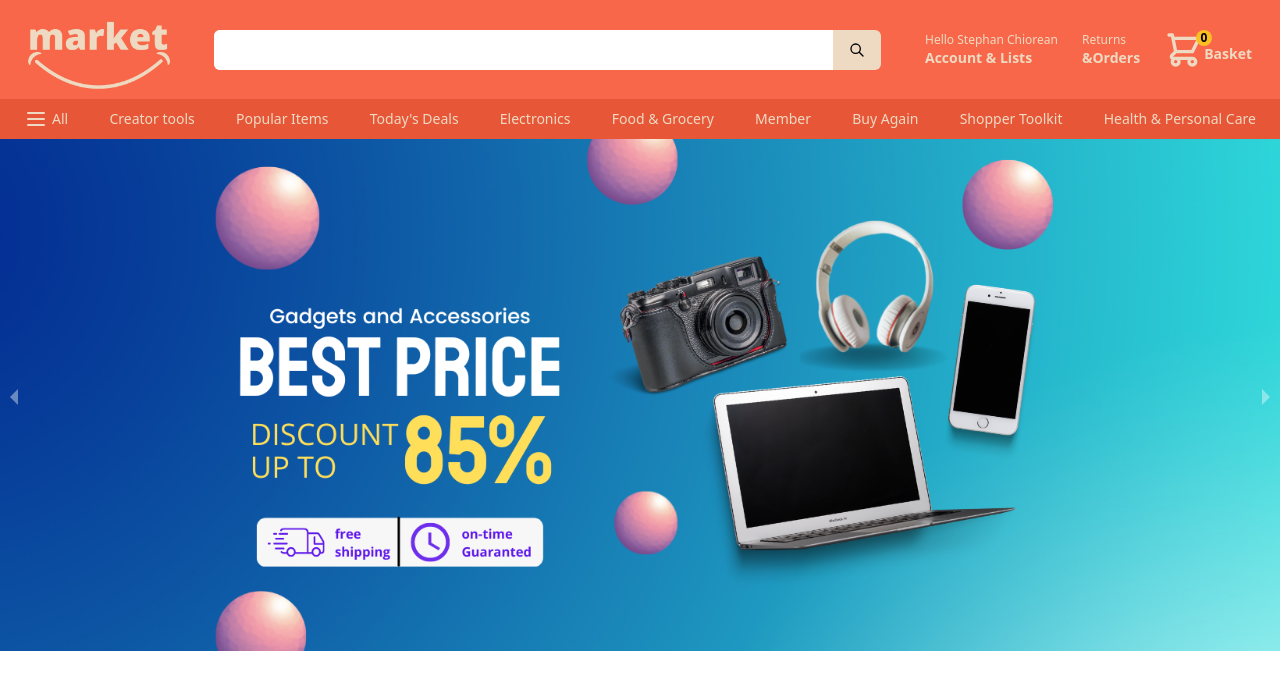
Repository: stephan-chiorean/marketplace-app
Page: /
An editor plug-in stored every save of this project. The page is shown before and after the next save, followed by the edit.
The browser window is 1280 px wide. The pictures show the whole page.
The project was rebuilt for these pictures with package versions that can differ from the ones it lists, and the page was loaded fresh each time. A package was used in the major version that the imports need, not the one package.json lists. The framework's server and built-in components were replaced by stand-ins that run in the browser. Also part of the build but not shown: next.config.js.

Above is the page before, as saved 2023-03-12 14:29:29.

### src/pages/index.js
import Head from "next/head";
import Header from "../components/Header";
import Banner from "../components/Banner";
export default function Home() {
  return (
    <div className="bg-marketplace-light">
      <Head>
        <title>Amazon 2.0</title>
      </Head>

      <Header/>
      <main className="max-w-screen-2xl mx-auto">
        {/* Banner */}
        <Banner/>

        {/* ProductFeed */}
      </main>
    </div>
  );
}

### src/styles/globals.css
@tailwind base;
@tailwind components;
@tailwind utilities;

@layer components {
    .link {
        @apply cursor-pointer hover:underline
    }
}

### src/components/Header.js
import React from 'react';
import Image from 'next/image';
import {
  MenuIcon,
  SearchIcon,
  ShoppingCartIcon,
} from '@heroicons/react/outline';

function Header() {
  return (
    <header>
      <div className='flex items-center bg-marketplace p-1 flex-grow py-2'>
        <div className='mt-2 flex items-center flex-grow sm:flex-grow-0'>
          <Image
            src='/images/logo.png'
            width={150}
            height={40}
            objectFit='contain'
            className='cursor-pointer mx-5'
          />
        </div>
        {/* search */}
        <div className='hidden sm:flex items-center h-10 rounded-md flex-grow cursor-pointer bg-[#EEDAC2] hover:bg-[#e4c7a4] mx-5'>
          <input
            className='p-2 h-full w-6 flex-grow flex-shrink rounded-l-md focus:outline-none px-4'
            type='text'
          />
          <SearchIcon className='h-12 p-4' />
        </div>
        {/* Right */}
        <div className='text-[#EEDAC2] flex items-center text-xs space-x-6 mx-6 whitespace-nowrap'>
          <div className='link'>
            <p>Hello Stephan Chiorean</p>
            <p className='font-extrabold md:text-sm'>Account & Lists</p>
          </div>
          <div className='link'>
            <p>Returns</p>
            <p className='font-extrabold md:text-sm'>&Orders</p>
          </div>
          <div className='relative link flex items-center'>
            <span className='absolute top-0 right-0 md:right-10 h-4 w-4 bg-yellow-400 text-center rounded-full text-black font-bold'>
              0
            </span>
            <ShoppingCartIcon className='h-10' />
            <p className='hidden md:inline font-extrabold md:text-sm mt-2'>
              Basket
            </p>
          </div>
        </div>
      </div>
      {/* Bottom nav */}
      <div className='flex p-2 px-6 justify-between items-center bg-marketplace-darky text-marketplace-light text-sm'>
        <p className='link flex items-center'>
          <MenuIcon className='h-6 mr-1' />
          All
        </p>
        <p className="link">Creator tools</p>
        <p className="link">Popular Items</p>
        <p className="link">Today's Deals</p>
        <p className="link hidden lg:inline-flex">Electronics</p>
        <p className="link hidden lg:inline-flex">Food & Grocery</p>
        <p className="link hidden lg:inline-flex">Member</p>
        <p className="link hidden lg:inline-flex">Buy Again</p>
        <p className="link hidden lg:inline-flex">Shopper Toolkit</p>
        <p className="link hidden lg:inline-flex">Health & Personal Care</p>

      </div>
    </header>
  );
}

export default Header;

### src/components/Banner.js
import React from 'react';
import { Carousel } from 'react-responsive-carousel';
import Banner1 from "public/images/banner1.png";
import Banner2 from "public/images/banner2.png";
import Banner3 from "public/images/banner3.png";
import "react-responsive-carousel/lib/styles/carousel.min.css";

function Banner() {
  return (
    <div className='relative'>
        <div className="absolute w-full h-32 bg-grad-to-t from-gray-100 to-transparent bottom-0 z-20"/>
      <Carousel
        autoPlay={true}
        infiniteLoop={true}
        showStatus={false}
        showIndicators={false}
        showThumbs={false}
        interval={10000}
      >
        <div>
          <img loading='lazy' src={Banner1.src} />
        </div>
        <div>
          <img loading='lazy' src={Banner2.src} />
        </div>
        <div>
          <img loading='lazy' src={Banner3.src} />
        </div>
      </Carousel>
    </div>
  );
}

export default Banner;

### tailwind.config.js
module.exports = {
    mode: "jit",
    purge: [
      "./src/pages/**/*.{js,ts,jsx,tsx}",
      "./src/components/**/*.{js,ts,jsx,tsx}",
    ],
    darkMode: false, // or 'media' or 'class'
    theme: {
      extend: {
        colors: {
          amazon_blue: {
            light: "#232F3E",
            DEFAULT: "#131921",
          },
          marketplace: {
            DEFAULT: "#F86749",
            darky:"#E85638",
            light: "#EEDAC2",
          }
        },
      },
    },
    variants: {
      extend: {},
    },
    plugins: [require("@tailwindcss/line-clamp")],
  };

Loaded but not shown: src/pages/_app.js (common file); src/pages/_document.js (common file)

After the next save:
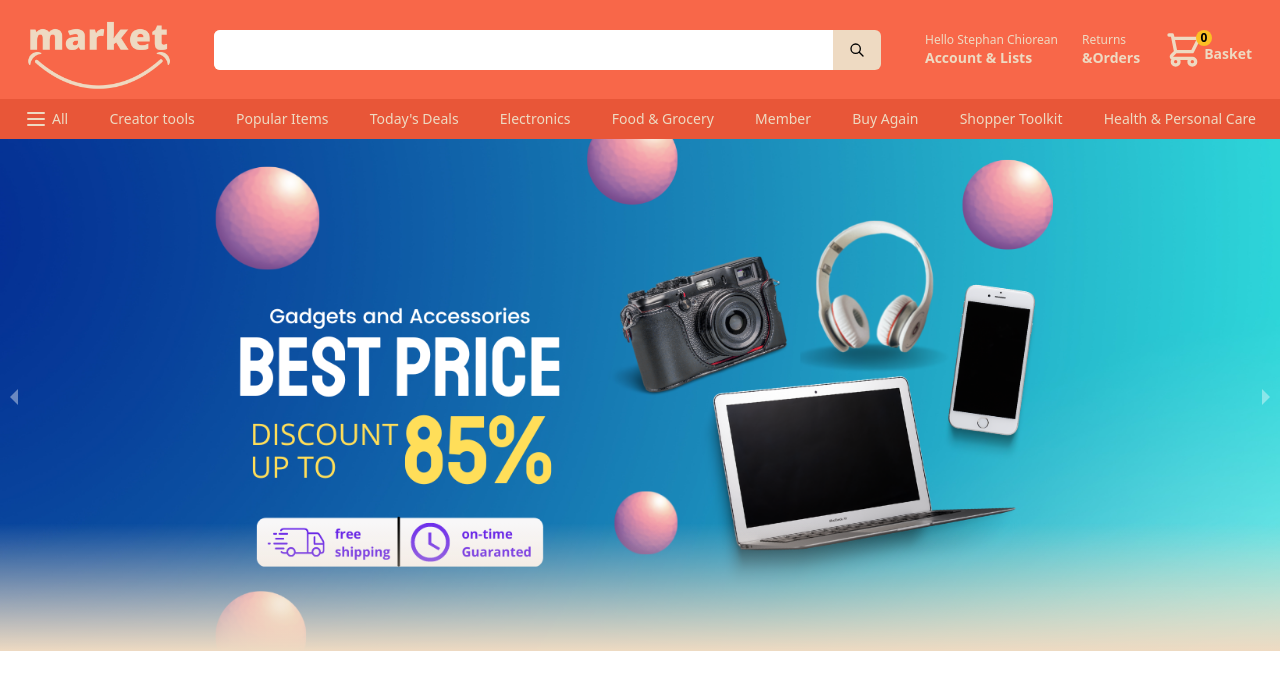
Saved 60 s later.
--- a/src/components/Banner.js
+++ b/src/components/Banner.js
@@ -8,7 +8,7 @@
 function Banner() {
   return (
     <div className='relative'>
-        <div className="absolute w-full h-32 bg-grad-to-t from-gray-100 to-transparent bottom-0 z-20"/>
+        <div className="absolute w-full h-32 bg-gradient-to-t from-marketplace-light to-transparent bottom-0 z-20"/>
       <Carousel
         autoPlay={true}
         infiniteLoop={true}
